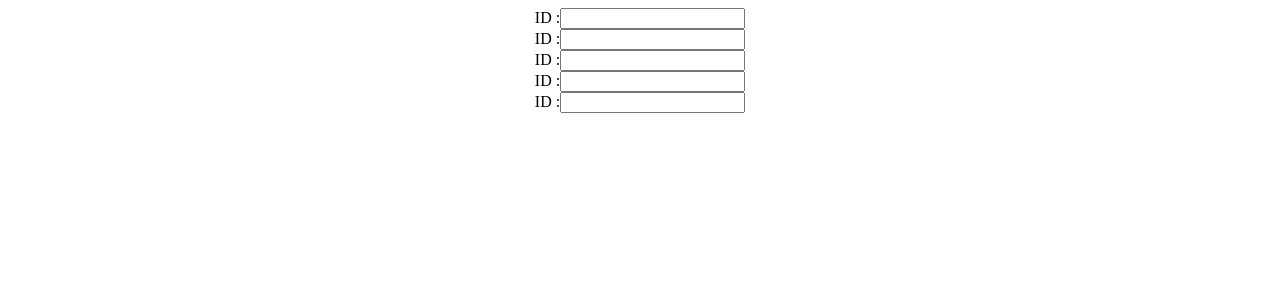
Repository: Thaneshwara848/Hibernate_BackEnd
Page: Register/src/main/webapp/Register.html
The author's editor kept a copy of each file at every save. The page is drawn from the files as they stood at one save, then again after a run of saves.
The browser window is 1280 px wide. The pictures show the whole page.

Above is the page before, as saved 2022-11-06 17:01:54.

### Register/src/main/webapp/Register.html
<!DOCTYPE html>
<html>
<head>
<meta charset="UTF-8">
<title>Insert title here</title>
</head>
<body>
<center>
	<form action="Register">
		ID :<input type="text" name="uid"><br>
		ID :<input type="text" name="uname"><br>

		ID :<input type="text" name="uage"><br>

		ID :<input type="text" name="usalary"><br>

		ID :<input type="text" name="udesig"><br>

	</form>
</center>

</body>
</html>

After the next 2 saves:
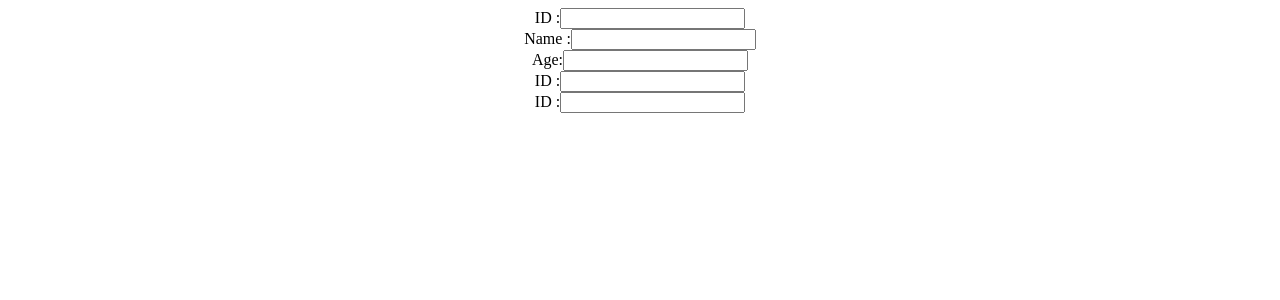
The 2 saves are shown as one change because they came seconds apart.
The last was saved 6 s later.
--- a/Register/src/main/webapp/Register.html
+++ b/Register/src/main/webapp/Register.html
@@ -8,9 +8,9 @@
 <center>
 	<form action="Register">
 		ID :<input type="text" name="uid"><br>
-		ID :<input type="text" name="uname"><br>
+		Name :<input type="text" name="uname"><br>
 
-		ID :<input type="text" name="uage"><br>
+		Age:<input type="text" name="uage"><br>
 
 		ID :<input type="text" name="usalary"><br>
 
